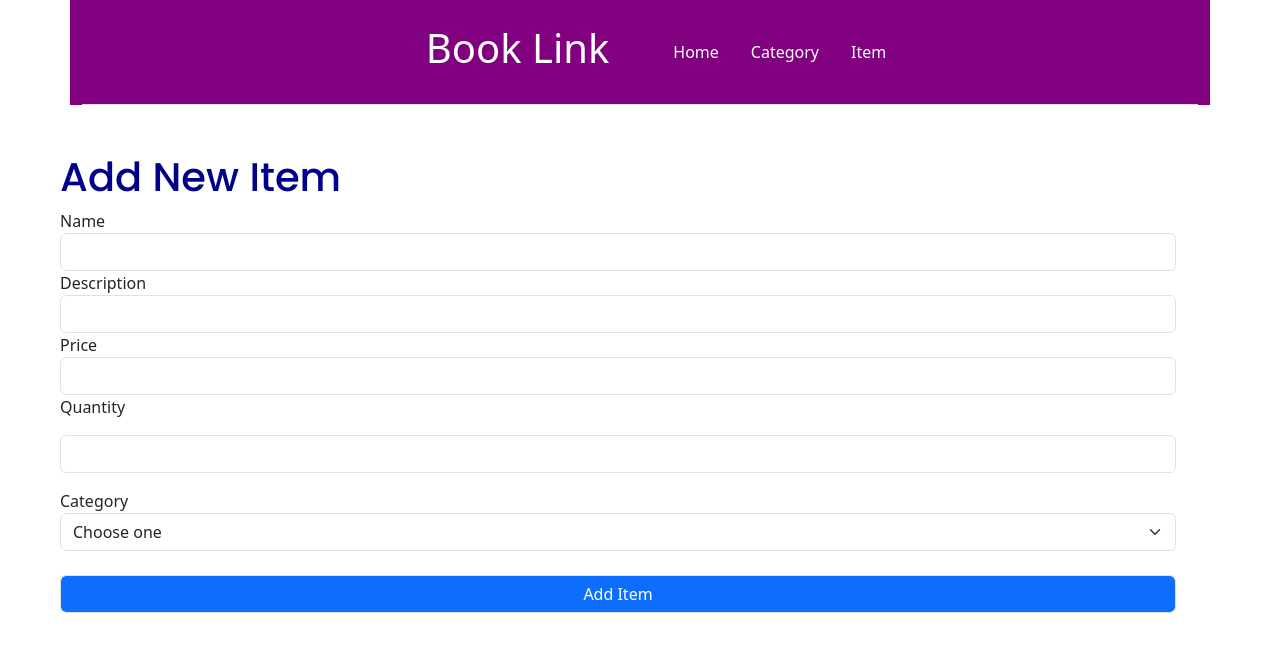
Repository: nyeinsu4520/coursera-test
Page: http://localhost/Category
An editor plug-in stored every save of this project. The page is shown before and after the next save, followed by the edit.
The browser window is 1280 px wide. The pictures show the whole page.
Some web fonts or font styles are not loaded; a fallback is used. The page is this project's Thymeleaf template; nobody is signed in. The template is opened directly, without the code that normally fills it, so the values that code supplies are empty.

Above is the page before, as saved 2024-05-28 04:00:50.

After the next save:
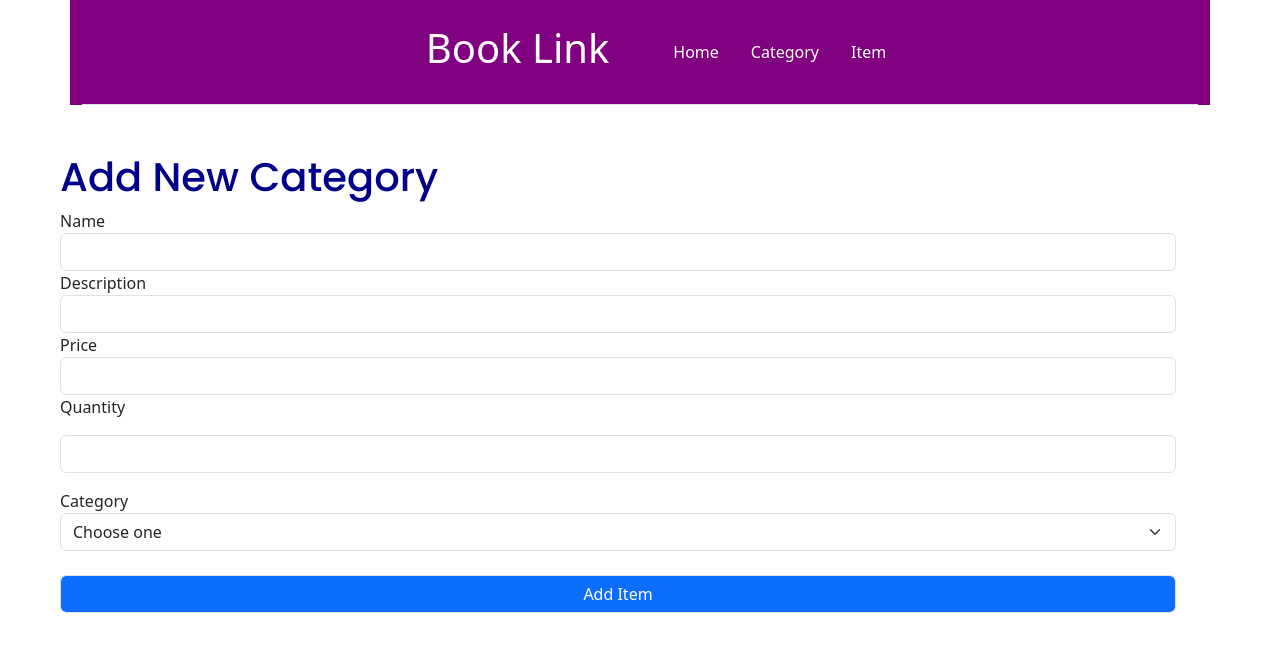
Saved 7 s later.
--- a/BookLink/src/main/resources/templates/Category.html
+++ b/BookLink/src/main/resources/templates/Category.html
@@ -35,7 +35,7 @@
   </div>
 
   <div class="container m-5">
-  <h1 style="font-family: 'Poppins', sans-serif; color:darkblue;">Add New Item</h1>
+  <h1 style="font-family: 'Poppins', sans-serif; color:darkblue;">Add New Category</h1>
   <form th:object="${item}" th:action="@{/save}" method="post">
   	<label>Name</label>
  	<input class="form-control" th:field="*{name}" type="text" aria-label="default input example">
